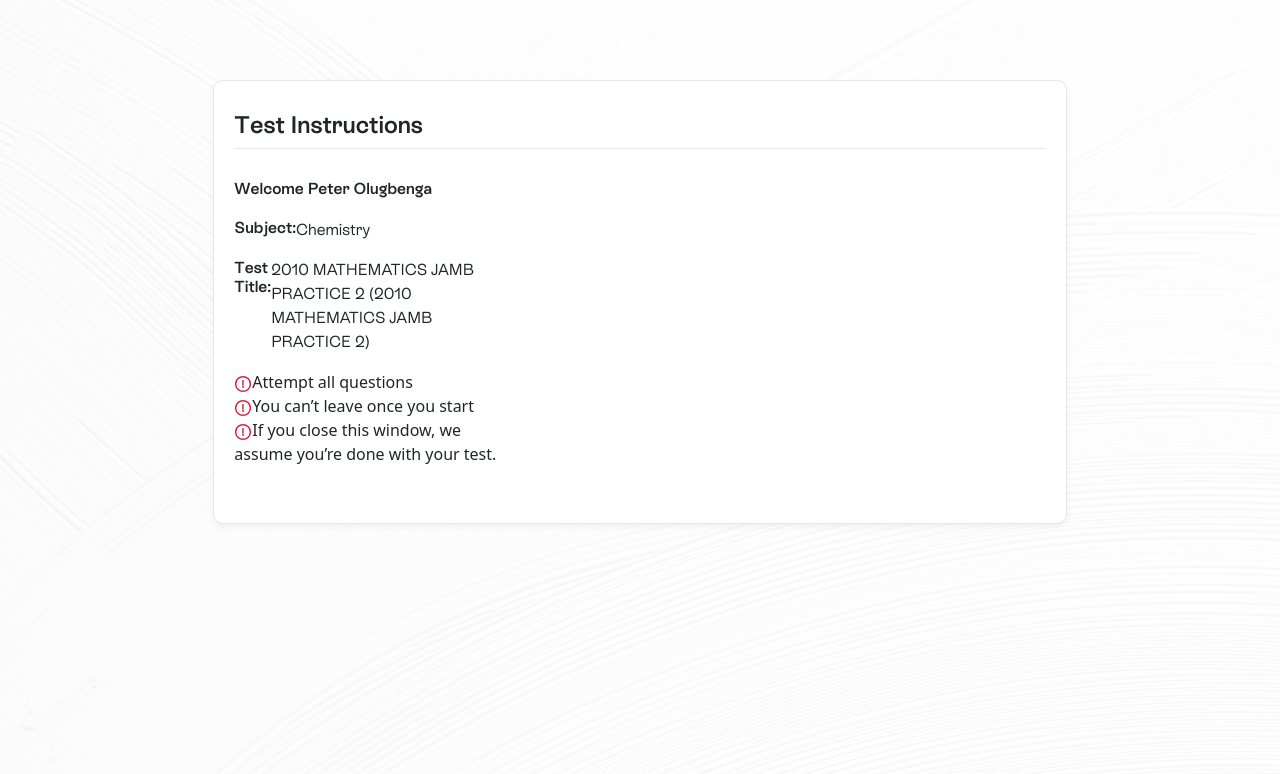
Repository: sarahnnanyelugo/educare-cbt
Page: /test-instructions
The author's editor kept a copy of each file at every save. The page is drawn from the files as they stood at one save, then again after the next save.
The browser window is 1280 px wide. The pictures show the whole page.
The project was rebuilt for these pictures with package versions that can differ from the ones it lists, and the page was loaded fresh each time. Also part of the build but not shown: src/components/Form/Form.js, src/pages/AuthenticationPage/auth.scss, src/pages/AuthenticationPage/AuthenticationPage.js, src/components/Exams/exams.scss, src/components/TestModal/test-modal.scss, src/components/TestModal/TestModal.js, src/components/Exams/Exams.js, src/TestData/examsData.js and 3 more. Imported but missing from the stored project, and not drawn on this page: src/components/Form/Password, src/components/GoogleButton/GoogleButton.

Above is the page before, as saved 2023-11-05 03:27:50.

After the next save:
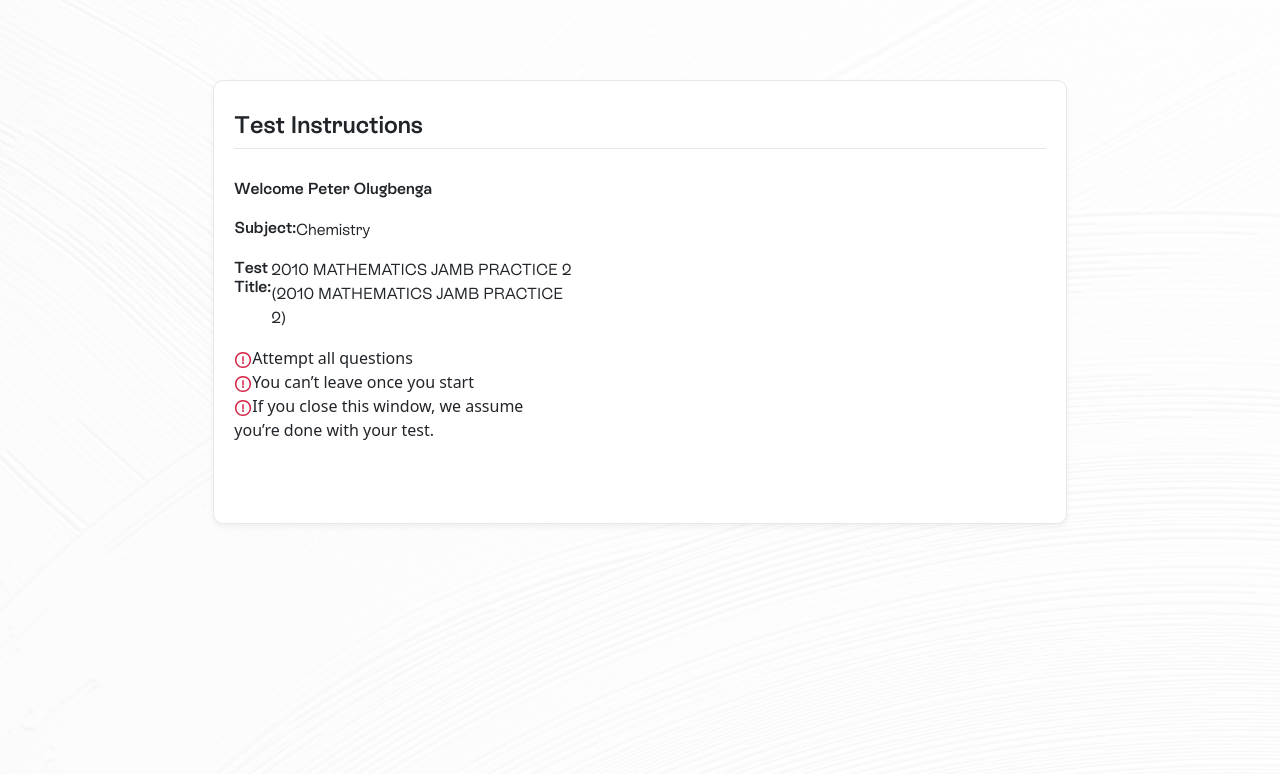
Saved 21 s later.
--- a/src/pages/TestInstructions/TestInstructions.js
+++ b/src/pages/TestInstructions/TestInstructions.js
@@ -11,7 +11,7 @@ export const TestInstructions = () => {
           <h4>Test Instructions</h4>
         </div>
         <div className="flexy inner">
-          <div className="col-md-4">
+          <div className="col-md-5">
             <h6>Welcome Peter Olugbenga</h6>
             <div className="flexy flexyM">
               {" "}
